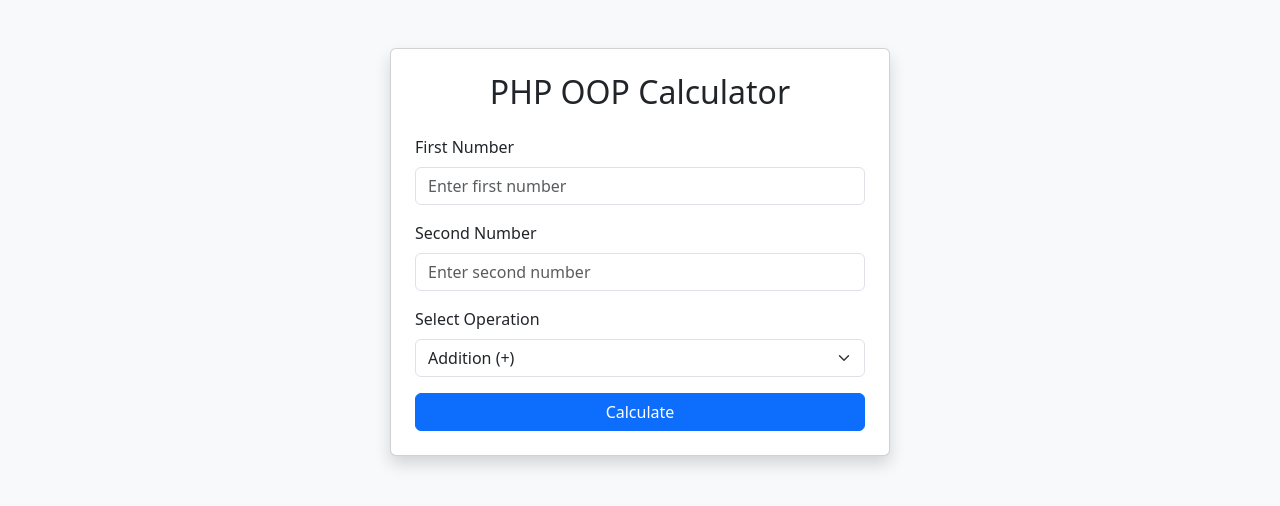
Repository: karkinoob/SimpleCalculator
Page: http://localhost/
An editor plug-in stored every save of this project. The page is shown before and after a run of saves, followed by the edit.
The browser window is 1280 px wide. The pictures show the whole page.
The page is run by PHP 8.4 with error messages shown; the project is at /var/www/html/.

Above is the page before, as saved 2025-05-08 17:21:34.

### index.php
<?php
class Calculator {
  private $num1;
  private $num2;

  public function __construct($num1,$num2) {
    $this->num1 = $num1;
    $this->num2 = $num2;
  }
  function add () {
    return $this->num1 + $this->num2;
  }
  function substract() {
    $this->num1 - $this->num2;
  }
  function multiply () {
    $this->num1 * $this->num2;
  }
  function divide () {
    if ($this->num2 == 0) {
      echo "Cannot divided by zero";
    } else {
      $this->num1 / $this->num2;
    }
  }
}
$result = "";
         if ($_SERVER["REQUEST_METHOD"] == "POST" )

?>
<!DOCTYPE html>
<html lang="en">
<head>
    <meta charset="UTF-8">
    <title>OOP Calculator</title>
    <meta name="viewport" content="width=device-width, initial-scale=1">

    <link href="https://cdn.jsdelivr.net/npm/bootstrap@5.3.6/dist/css/bootstrap.min.css" rel="stylesheet">
</head>
<body class="bg-light">

<div class="container mt-5">
    <div class="card shadow p-4 mx-auto" style="max-width: 500px;">
        <h2 class="mb-4 text-center">PHP OOP Calculator</h2>
        <form method="POST">
            <div class="mb-3">
                <label for="num1" class="form-label">First Number</label>
                <input type="number" step="any" name="num1" class="form-control" required placeholder="Enter first number">
            </div>
            <div class="mb-3">
                <label for="num2" class="form-label">Second Number</label>
                <input type="number" step="any" name="num2" class="form-control" required placeholder="Enter second number">
            </div>
            <div class="mb-3">
                <label for="operation" class="form-label">Select Operation</label>
                <select name="operation" class="form-select" required>
                    <option value="add">Addition (+)</option>
                    <option value="subtract">Subtraction (-)</option>
                    <option value="multiply">Multiplication (×)</option>
                    <option value="divide">Division (÷)</option>
                </select>
            </div>
            <button type="submit" class="btn btn-primary w-100">Calculate</button>
        </form>

        <!-- <?php if ($result !== ""): ?>
            <div class="alert alert-info text-center mt-4">
                <strong>Result:</strong> <?= $result ?> -->
            </div>
        <?php endif; ?>
    </div>
</div>

</body>
</html>

After the next 2 saves:
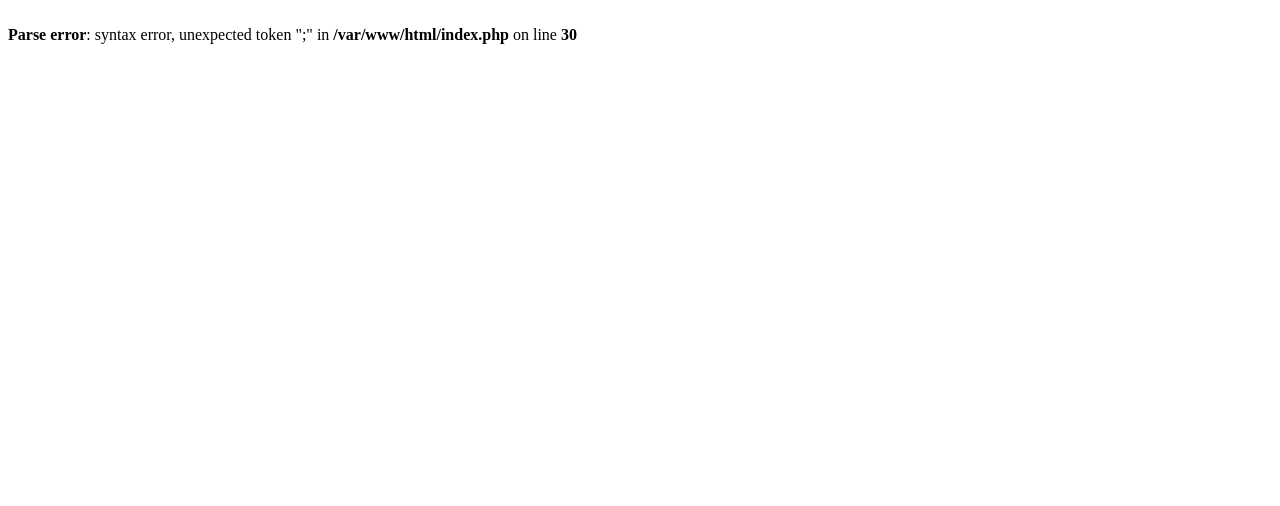
The 2 saves are shown as one change because they came seconds apart.
The last was saved 6 s later.
--- a/index.php
+++ b/index.php
@@ -25,7 +25,7 @@
   }
 }
 $result = "";
-         if ($_SERVER["REQUEST_METHOD"] == "POST" )
+         if ($_SERVER["REQUEST_METHOD"] == "POST"
 
 ?>
 <!DOCTYPE html>

After the 2 saves that followed:
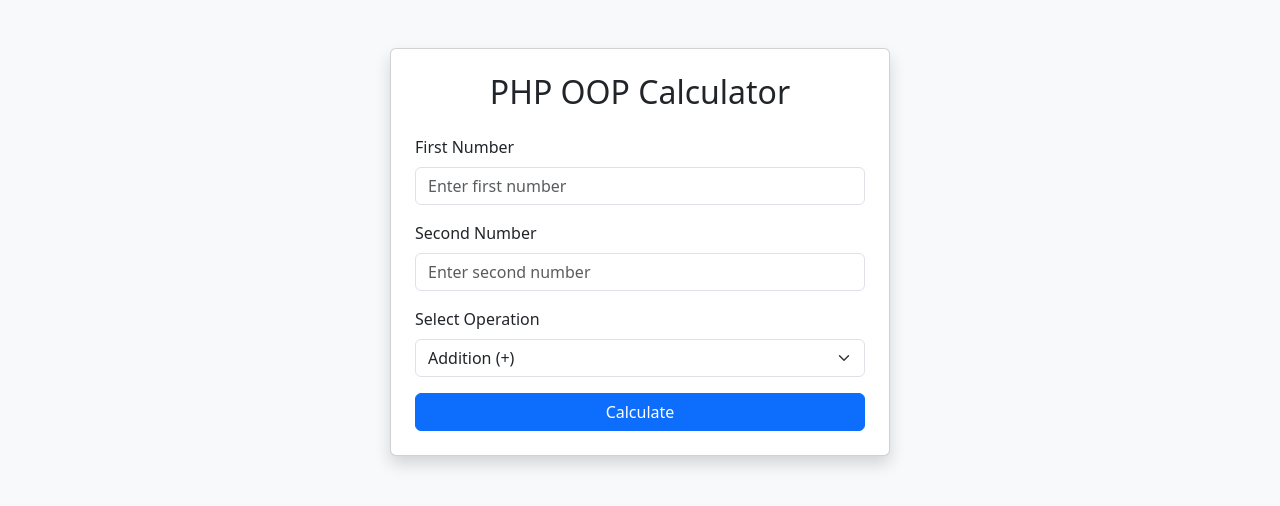
The 2 saves are shown as one change because they came seconds apart.
The last was saved 8 s later.
--- a/index.php
+++ b/index.php
@@ -25,7 +25,9 @@
   }
 }
 $result = "";
-         if ($_SERVER["REQUEST_METHOD"] == "POST"
+         if ($_SERVER["REQUEST_METHOD"] == "POST") {
+
+         }
 
 ?>
 <!DOCTYPE html>
